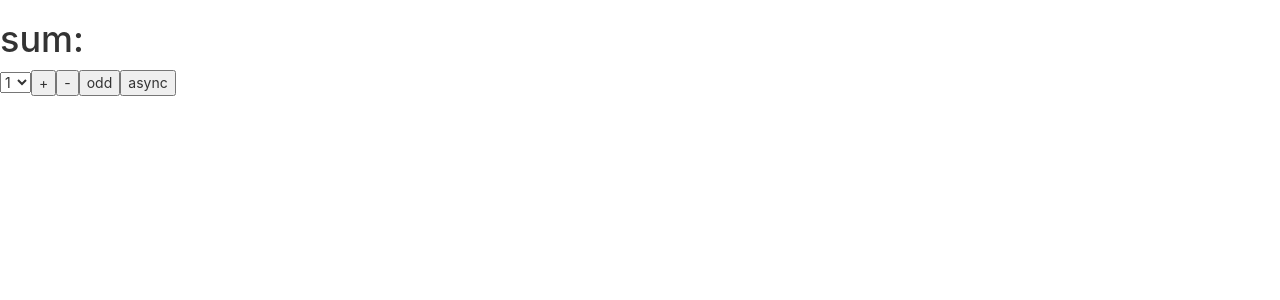
Repository: Shanshan67/React_a
Page: /
These files come from the project's save history. The page is drawn as it stood at one moment and after the next save; the edit follows.
The browser window is 1280 px wide. The pictures show the whole page.
The project was rebuilt for these pictures with package versions that can differ from the ones it lists, and the page was loaded fresh each time.

Above is the page before, as saved 2022-12-08 21:21:36.

After the next save:
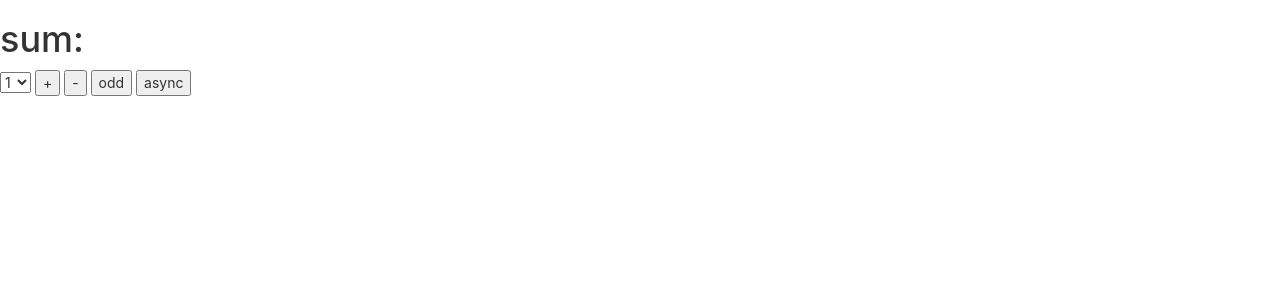
Saved 111 s later.
--- a/src/components/Count/index.jsx
+++ b/src/components/Count/index.jsx
@@ -12,10 +12,10 @@
             <option value="1">1</option>
             <option value="2">2</option>
             <option value="3">3</option>
-        </select>
-        <button>+</button>
-        <button>-</button>
-        <button>odd</button>
+        </select>&nbsp;
+        <button>+</button>&nbsp;
+        <button>-</button>&nbsp;
+        <button>odd</button>&nbsp;
         <button>async</button>
       </div>
     )
